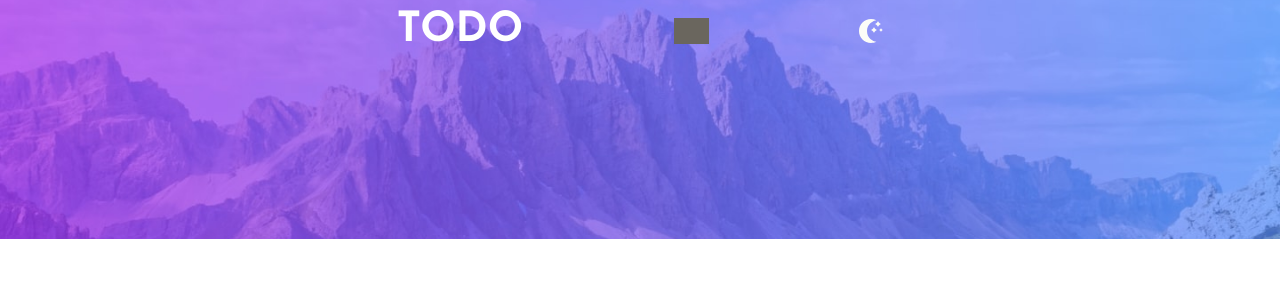
Repository: ikram-lisa/todo-list
Page: /
An editor plug-in stored every save of this project. The page is shown before and after the next save, followed by the edit.
The browser window is 1280 px wide. The pictures show the whole page.
Pictures or frames that could not be fetched are drawn as grey boxes. The project was rebuilt for these pictures with package versions that can differ from the ones it lists, and the page was loaded fresh each time. Also part of the build but not shown: vite.config.js.

Above is the page before, as saved 2024-05-14 22:31:23.

### src/main.jsx
import React from "react";
import ReactDOM from "react-dom/client";
import App from "./App.jsx";
import "./css/style.scss";
ReactDOM.createRoot(document.getElementById("root")).render(
  <React.StrictMode>
    <App />
  </React.StrictMode>
);

### src/App.jsx
import Defaultlayout from "./layout/defaultlayout";
import Todolist from "./pages/Todolist";
const App = () => {
  return (
    <>
      <Defaultlayout>
        <Todolist />
      </Defaultlayout>
    </>
  );
};
export default App;

### src/css/style.scss
@use "./base/fonts";
@use "./base/variable" as *;

@tailwind base;
@tailwind components;
@tailwind utilities;

body {
  font-size: 18px;
  font-family: "Josefin Sans", sans-serif;
  font-weight: 400;
}

.bg-light-theme {
  background-image: url("../assets/images/bg-desktop-light.jpg");
  background-position: center;
  background-size: cover;
  position: relative;
  overflow-x: hidden;
  overflow-y: hidden;
  width: 100%;
  height: 239px;
}

.bg-dark-theme {
  background-image: url("../assets/images/bg-desktop-dark.jpg");
  background-position: center;
  background-size: cover;
  position: relative;
  overflow-x: hidden;
  overflow-y: hidden;
  width: 100%;
  height: 300px;
}
.theme-content {
  width: 38%;
  margin: 0 auto;
  h1 {
    font-weight: 700;
    color: white;
    font-size: 2.6rem;
  }
  img {
    width: 100%;
    max-width: 35px;
    height: auto;
    display: block;
    cursor: pointer;
    filter: invert(104%) sepia(29%) brightness(99%);
  }
}

### src/layout/defaultlayout.jsx
const defaultlayout = ({ children }) => {
  return (
    <>
      <section>{children}</section>
    </>
  );
};
export default defaultlayout;

### src/pages/Todolist.jsx
import { useState } from "react";
import Light from "../assets/images/light.svg";
import Dark from "../assets/images/dark.svg";

const Todolist = () => {
  const [theme, setTheme] = useState("light");
  const handleToggle = () => {
    setTheme(theme === "light" ? "dark" : "light");
  };
  return (
    <>
      <section
        className={`theme  ${
          theme === "light" ? "bg-light-theme" : "bg-dark-theme"
        } `}
      >
        <div className="theme-content flex justify-between items-center">
          <h1>TODO</h1>
          <img src="../assets/images/moon.svg" alt="" />
          <button onClick={handleToggle}>
            {theme === "light" ? (
              <img src={Dark} alt="dark mode" />
            ) : (
              <img src={Light} alt="light mode" />
            )}
          </button>
        </div>
      </section>
    </>
  );
};
export default Todolist;

### src/css/base/_fonts.scss
@import url("https://fonts.googleapis.com/css2?family=Josefin+Sans:ital,wght@0,100..700;1,100..700&family=Kumbh+Sans:wght@100..900&family=Montserrat:ital,wght@0,100..900;1,100..900&family=Open+Sans:ital,wght@0,400;0,600;0,700;0,800;1,400;1,700;1,800&family=Poppins:ital,wght@0,200;0,300;0,400;0,500;0,600;0,700;0,800;0,900;1,100;1,200;1,300;1,400;1,500;1,600;1,700;1,800;1,900&display=swap");

### src/css/base/_variable.scss
// ### Light Theme

$VeryLightGray: hsl(0, 0%, 98%);
$VeryLightGrayishBlue: hsl(236, 33%, 92%);
$LightGrayishBlue: hsl(233, 11%, 84%);
$DarkGrayishBlue: hsl(236, 9%, 61%);
$VeryDarkGrayishBlue: hsl(235, 19%, 35%);

// ### Dark Theme

$VeryDarkBlue: hsl(235, 21%, 11%);
$VeryDarkBlue: hsl(235, 24%, 19%);
$LightGrayishBlue: hsl(234, 39%, 85%);
$LightGrayishBlue: hsl(236, 33%, 92%);
$DarkGrayishBlue: hsl(234, 11%, 52%);
$VeryDarkGrayishBlue: hsl(233, 14%, 35%);
$VeryDarkGrayishBlue: hsl(237, 14%, 26%);

Loaded but not shown: index.html (common file); tailwind.config.js (1075 lines, source omitted)

After the next save:
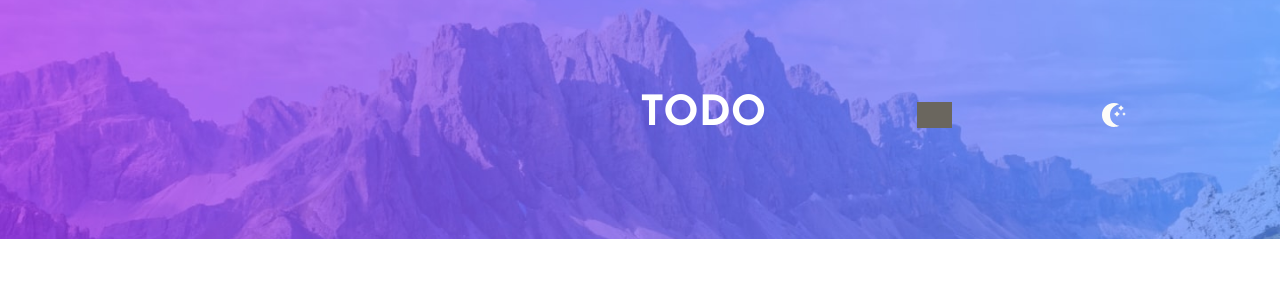
Saved 2 min 45 s later.
--- a/src/css/style.scss
+++ b/src/css/style.scss
@@ -20,6 +20,7 @@ body {
   overflow-y: hidden;
   width: 100%;
   height: 239px;
+  position: relative;
 }
 
 .bg-dark-theme {
@@ -34,7 +35,9 @@ body {
 }
 .theme-content {
   width: 38%;
-  margin: 0 auto;
+  position: absolute;
+  top: 35%;
+  left: 50%;
   h1 {
     font-weight: 700;
     color: white;
